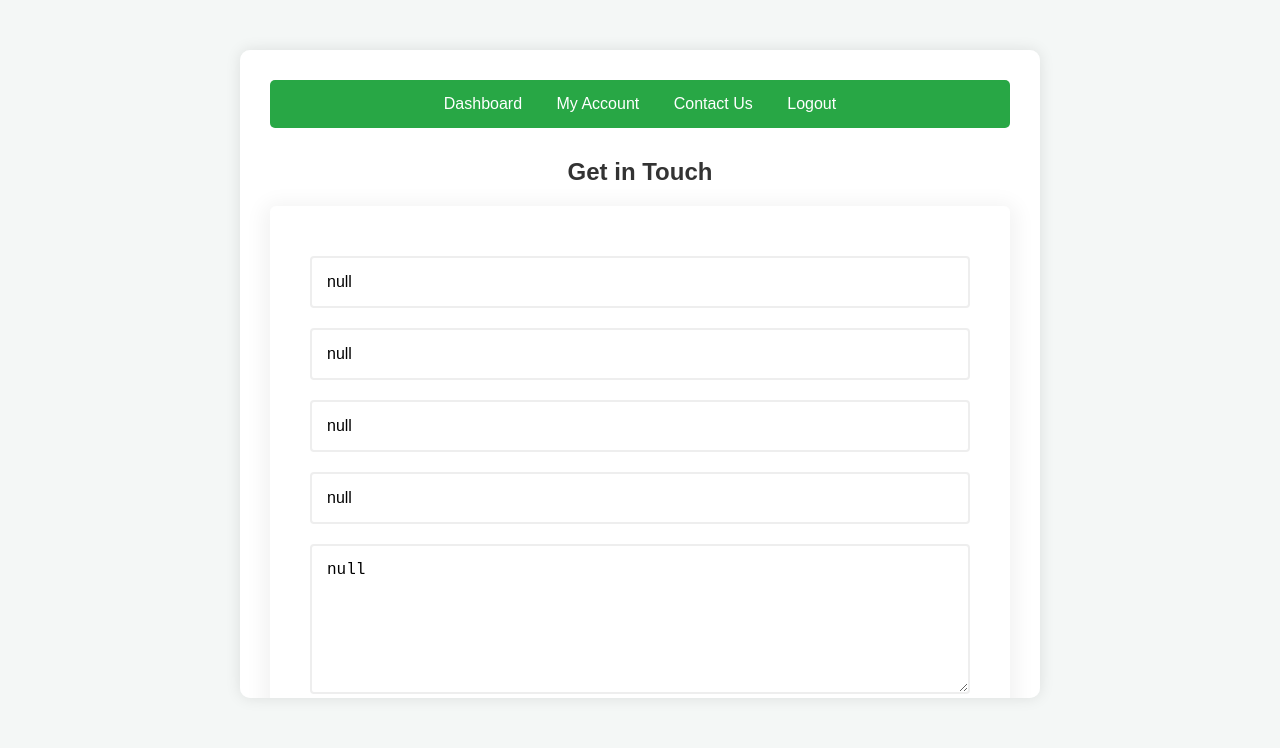
Repository: AmodhyaSharinda/java-CRUD
Page: http://localhost/java_project/deleteContact.jsp
These files come from the project's save history. The page is drawn as it stood at one moment and after the next save; the edit follows.
The browser window is 1280 px wide. The pictures show the whole page.
An inner scrolling area shows only its first screen. Backgrounds fixed to the window are drawn as part of the page. The page is served by Tomcat 9. Other server files are loaded and not shown.

Above is the page before, as saved 2024-10-01 10:24:37.

### java_project/src/main/webapp/deleteContact.jsp
<%@ page language="java" contentType="text/html; charset=ISO-8859-1"
    pageEncoding="ISO-8859-1"%>
<%@taglib prefix="c" uri="http://java.sun.com/jsp/jstl/core"%>
<!DOCTYPE html>
<html lang="en">
<head>
  <meta charset="UTF-8">
  <meta name="viewport" content="width=device-width, initial-scale=1.0">
  <title>Contact Us</title>
  <style>
    * {
      margin: 0;
      padding: 0;
      box-sizing: border-box;
    }

    body {
      font-family: 'Arial', sans-serif;
      background: #f4f7f6;
    }

    .container {
      max-width: 800px; /* Set the same max-width */
      margin: 50px auto;
      background: #fff;
      padding: 30px;
      box-shadow: 0 0 15px rgba(0, 0, 0, 0.1);
      border-radius: 10px;
      overflow-y: auto; /* Enable vertical scrolling */
      max-height: 90vh; /* Limit the maximum height of the container */
    }

    h2 {
      margin-bottom: 20px;
      color: #333;
      text-align: center;
    }

    .nav-menu {
      background: #28a745;
      padding: 15px;
      border-radius: 5px;
      margin-bottom: 30px;
      text-align: center;
    }

    .nav-menu a {
      color: white;
      text-decoration: none;
      margin: 0 15px;
      font-size: 16px;
      transition: color 0.3s;
    }

    .nav-menu a:hover {
      text-decoration: underline;
      color: #d4edda;
    }

    .form-wrapper {
      background-color: white;
      padding: 50px 40px;
      box-shadow: rgba(0, 0, 0, 0.05) 0px 4px 20px 7px;
      border-radius: 6px;
      text-align: center;
    }

    .text-blk {
      margin: 0;
      line-height: 25px;
    }

    .input, .textinput {
      width: 100%;
      padding: 15px;
      border: 2px solid #eeeeee;
      font-size: 16px;
      color: black;
      border-radius: 4px;
      margin-bottom: 20px; /* Add some margin for spacing */
    }

    .textinput {
      min-height: 150px;
    }

    .submit-btn {
      width: 100%;
      background-color: #f44336; /* Red color for delete */
      height: 60px;
      font-size: 20px;
      font-weight: 700;
      color: white;
      border: none;
      border-radius: 4px;
      cursor: pointer;
      transition: background 0.3s;
    }

    .submit-btn:hover {
      background-color: #c62828; /* Darker red on hover */
    }

    .social-media-links {
      display: flex;
      justify-content: space-evenly;
      margin: 50px 0;
    }

    .link-img {
      width: 30px;
      height: 30px;
    }

    ::placeholder {
      color: #dadada;
    }

    @media (max-width: 768px) {
      .input, .textinput, .submit-btn {
        width: 100%;
      }
    }
  </style>
</head>
<body>
	<%
		String Id = request.getParameter("id");
		String Name = request.getParameter("name");
		String Email = request.getParameter("email");
		String Phone = request.getParameter("phone");
		String Msg = request.getParameter("msg");
	%>

  <div class="container">
    <div class="nav-menu">
      <a href="dashboard.jsp">Dashboard</a>
      <a href="customerAccount.jsp">My Account</a>
      <a href="contactUs.jsp">Contact Us</a>
      <a href="logout.jsp">Logout</a>
    </div>

    <h2>Get in Touch</h2>

    <form action="contactDelete" method="post" class="form-wrapper">
      <input class="input" name="id" placeholder="User ID" value="<%= Id %>" readonly>
      <input class="input" name="UserName" placeholder="Name" value="<%= Name %>" readonly>
      <input class="input" name="Email" placeholder="Email" value="<%= Email %>" readonly>
      <input class="input" name="PhoneNumber" placeholder="Phone Number" value="<%= Phone %>" readonly>
      <textarea class="textinput" name="Msg" placeholder="Message" readonly><%= Msg %></textarea>
      <button type="submit" class="submit-btn">Delete</button>
    </form>

    <div class="social-media-links">
      <a href="#"><img class="link-img" src="https://workik-widget-assets.s3.amazonaws.com/Footer1-83/v1/images/Icon-twitter.png" alt="Twitter"></a>
      <a href="#"><img class="link-img" src="https://workik-widget-assets.s3.amazonaws.com/Footer1-83/v1/images/Icon-facebook.png" alt="Facebook"></a>
      <a href="#"><img class="link-img" src="https://workik-widget-assets.s3.amazonaws.com/Footer1-83/v1/images/Icon-google.png" alt="Google"></a>
      <a href="#"><img class="link-img" src="https://workik-widget-assets.s3.amazonaws.com/Footer1-83/v1/images/Icon-instagram.png" alt="Instagram"></a>
    </div>
  </div>

</body>
</html>

After the next save:
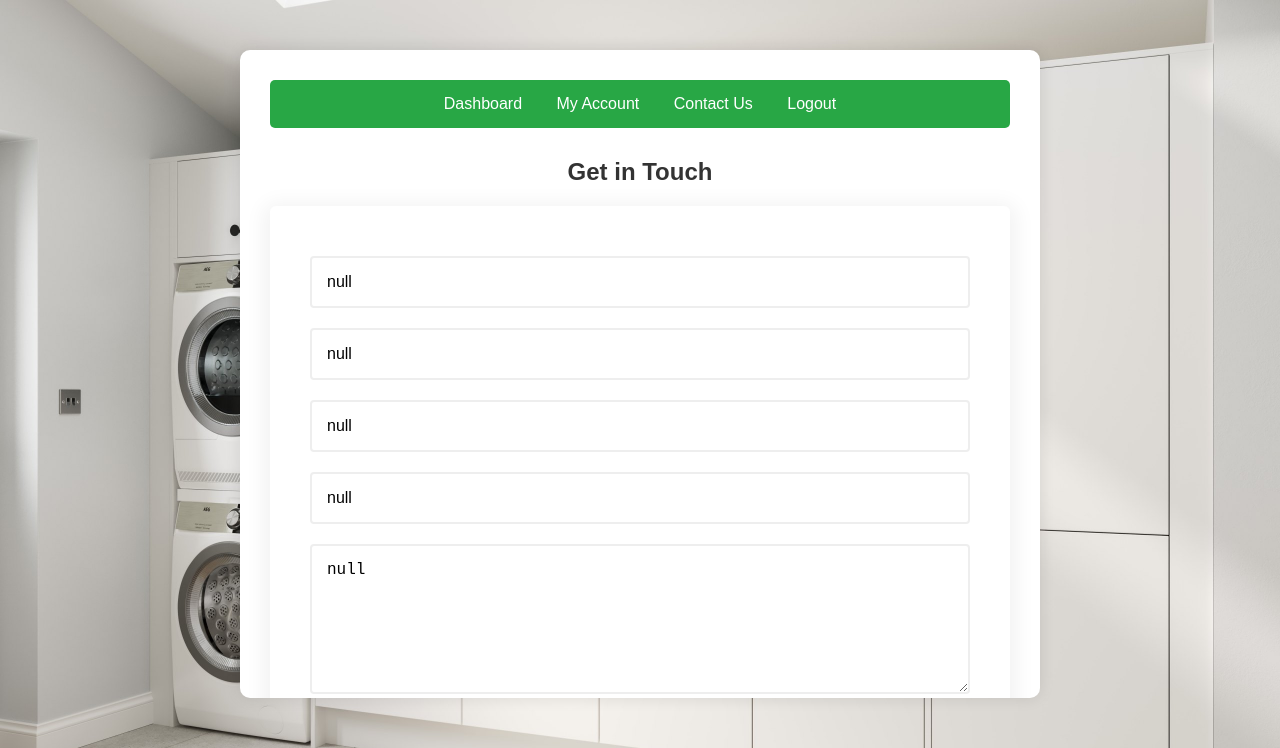
Saved 92 s later.
--- a/java_project/src/main/webapp/deleteContact.jsp
+++ b/java_project/src/main/webapp/deleteContact.jsp
@@ -16,7 +16,8 @@
 
     body {
       font-family: 'Arial', sans-serif;
-      background: #f4f7f6;
+      background: url('back.jpg') no-repeat center center fixed; /* Add background image */
+      background-size: cover; /* Cover the entire viewport */
     }
 
     .container {
